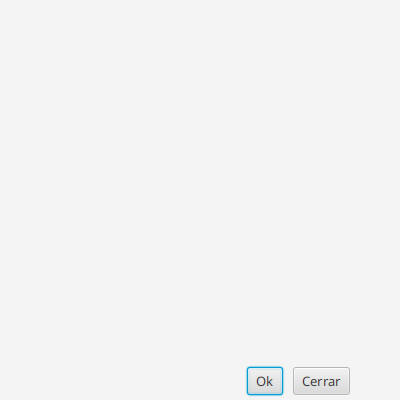
Repository: anxoportela/PROG
Program's window: java Java_Interfaz/ProyectoJavaFX/src/com/acarballeira/javaFX/ejemplo6/App.java
An editor plug-in stored every save of this project. The program's window is shown before and after the next save, followed by the edit.
It runs on Java 21 on a 1366 x 768 screen with JavaFX 11; the title bar is not drawn.

Above is the program's window before, as saved 2020-03-04 20:38:43.

After the next save:
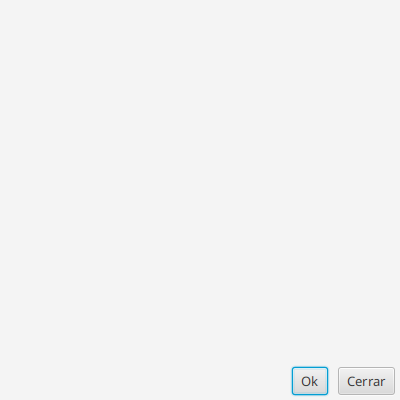
Saved 5 s later.
--- a/Java_Interfaz/ProyectoJavaFX/src/com/acarballeira/javaFX/ejemplo6/App.java
+++ b/Java_Interfaz/ProyectoJavaFX/src/com/acarballeira/javaFX/ejemplo6/App.java
@@ -25,7 +25,7 @@
 		hbox.getChildren().addAll(btnOk, btnClose);
 		hbox.setSpacing(10);
 
-		AnchorPane.setRightAnchor(hbox, 50d);
+		AnchorPane.setRightAnchor(hbox, 5d);
 		AnchorPane.setBottomAnchor(hbox, 5d);
 
 		root.getChildren().add(hbox);
